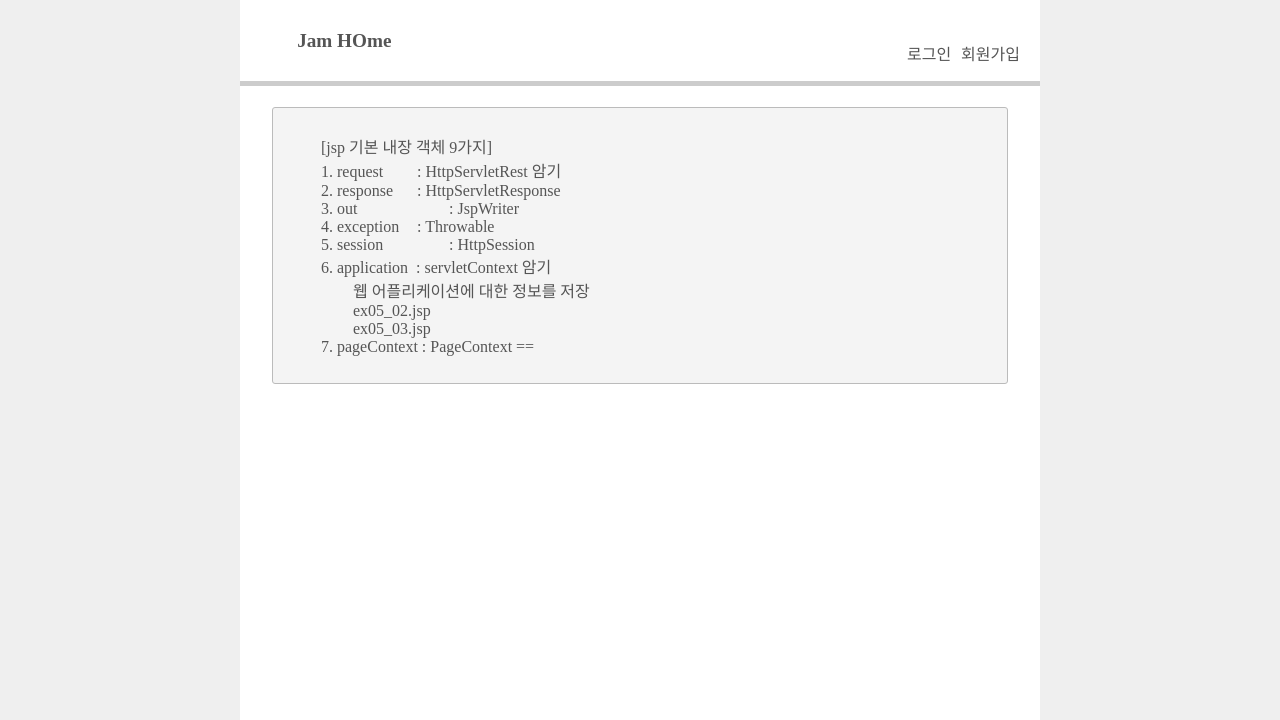
Repository: woals5636/JSPClass
Page: jspPro/src/main/webapp/days06/ex05.html
An editor plug-in stored every save of this project. The page is shown before and after the next save, followed by the edit.
The browser window is 1280 px wide. The pictures show the whole page.
Some web fonts or font styles are not loaded; a fallback is used.

Above is the page before, as saved 2024-10-22 07:18:53.

After the next save:
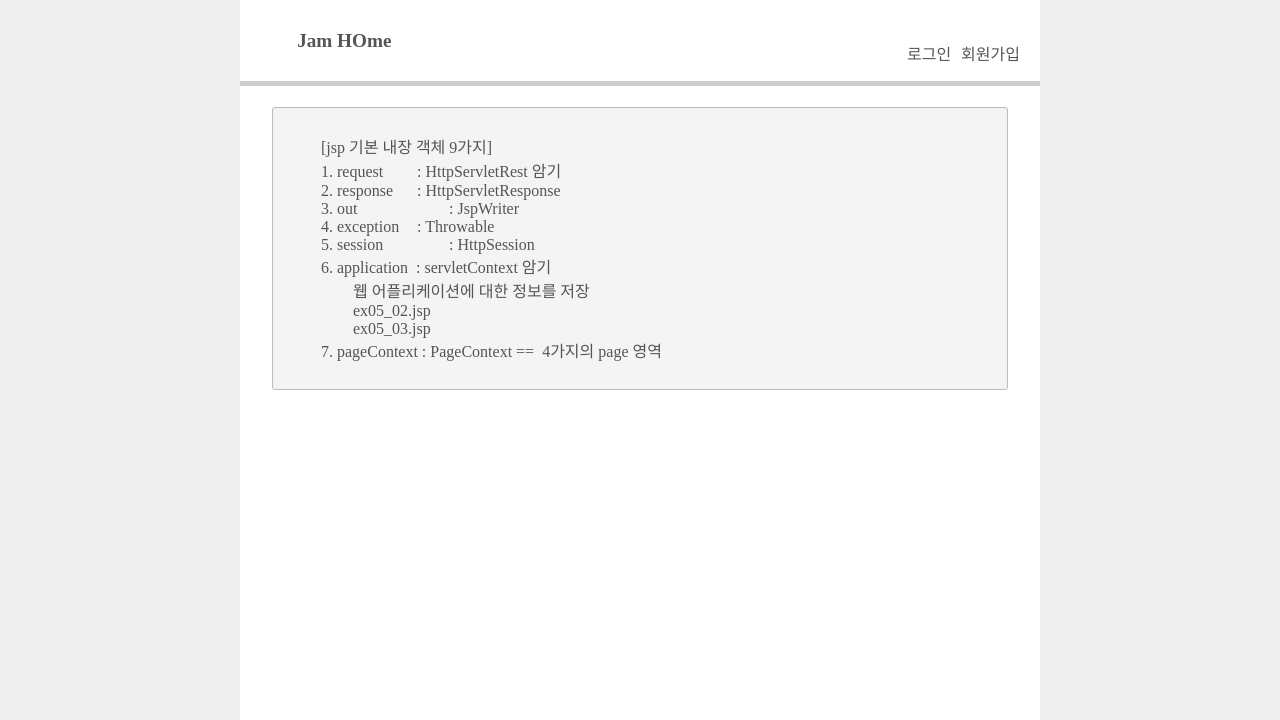
Saved 12 s later.
--- a/jspPro/src/main/webapp/days06/ex05.html
+++ b/jspPro/src/main/webapp/days06/ex05.html
@@ -35,7 +35,7 @@
   		웹 어플리케이션에 대한 정보를 저장
   		ex05_02.jsp
   		ex05_03.jsp
-  	7. pageContext : PageContext ==
+  	7. pageContext : PageContext ==  4가지의 page 영역
   </xmp>
 </div>
 </body>
